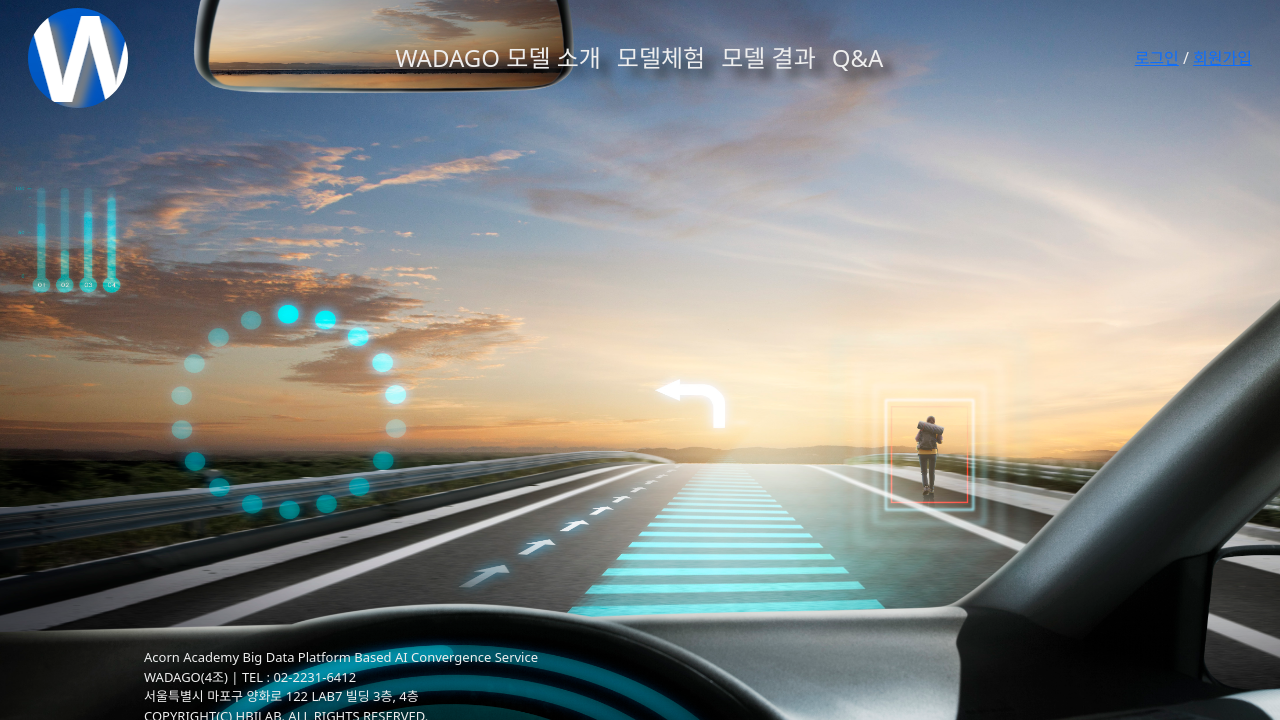
Repository: suchulchoi/Wadago_Project
Page: http://localhost/board/modify
These files come from the project's save history. The page is drawn as it stood at one moment and after the next save; the edit follows.
The browser window is 1280 px wide. The pictures show the whole page.
Some web fonts or font styles are not loaded; a fallback is used. The page is this project's Thymeleaf template; nobody is signed in. The template is opened directly, without the code that normally fills it, so the values that code supplies are empty.

Above is the page before, as saved 2022-07-28 16:48:09.

After the next save:
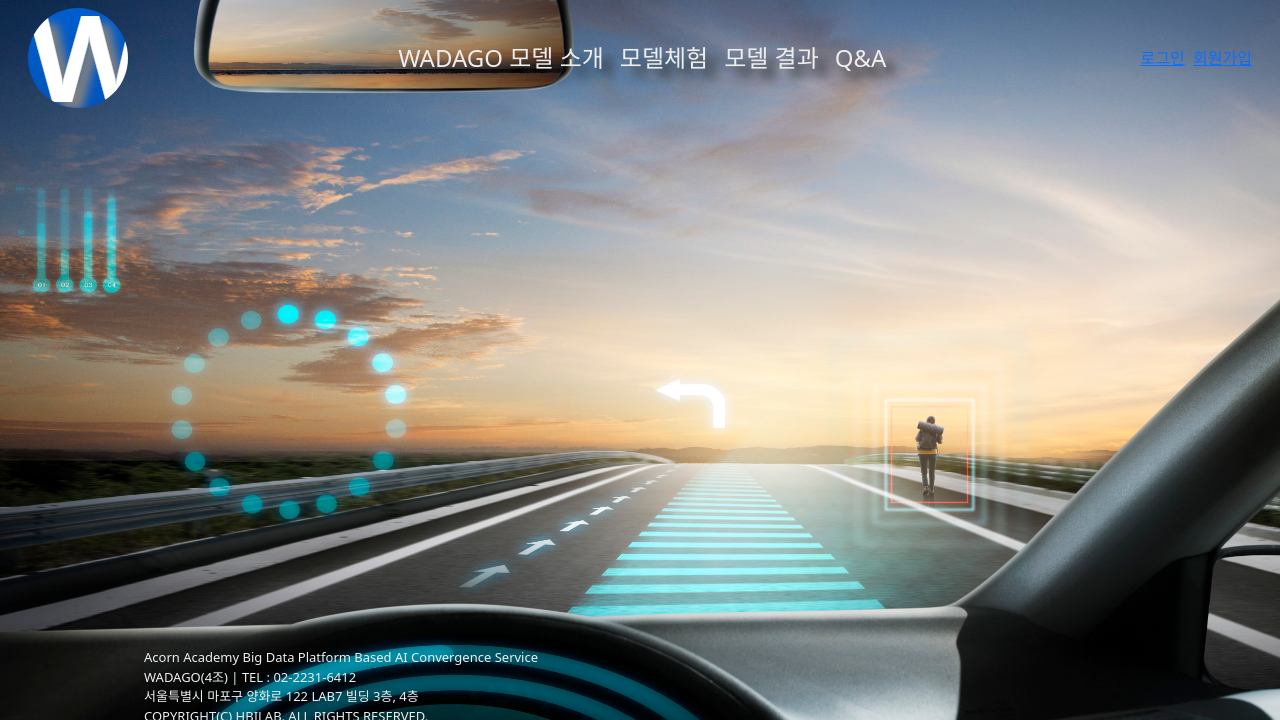
Saved 84 s later.
--- a/wadago_project/src/main/resources/templates/header_nav.html
+++ b/wadago_project/src/main/resources/templates/header_nav.html
@@ -121,7 +121,7 @@
 				<div class="d-flex" th:if="!${session.memVo}">
 					<a href="/mem/login">
 						로그인
-					</a>&nbsp;/&nbsp;
+					</a>&nbsp;&nbsp;
 					<a href="/mem/signup">
 						회원가입
 					</a>
